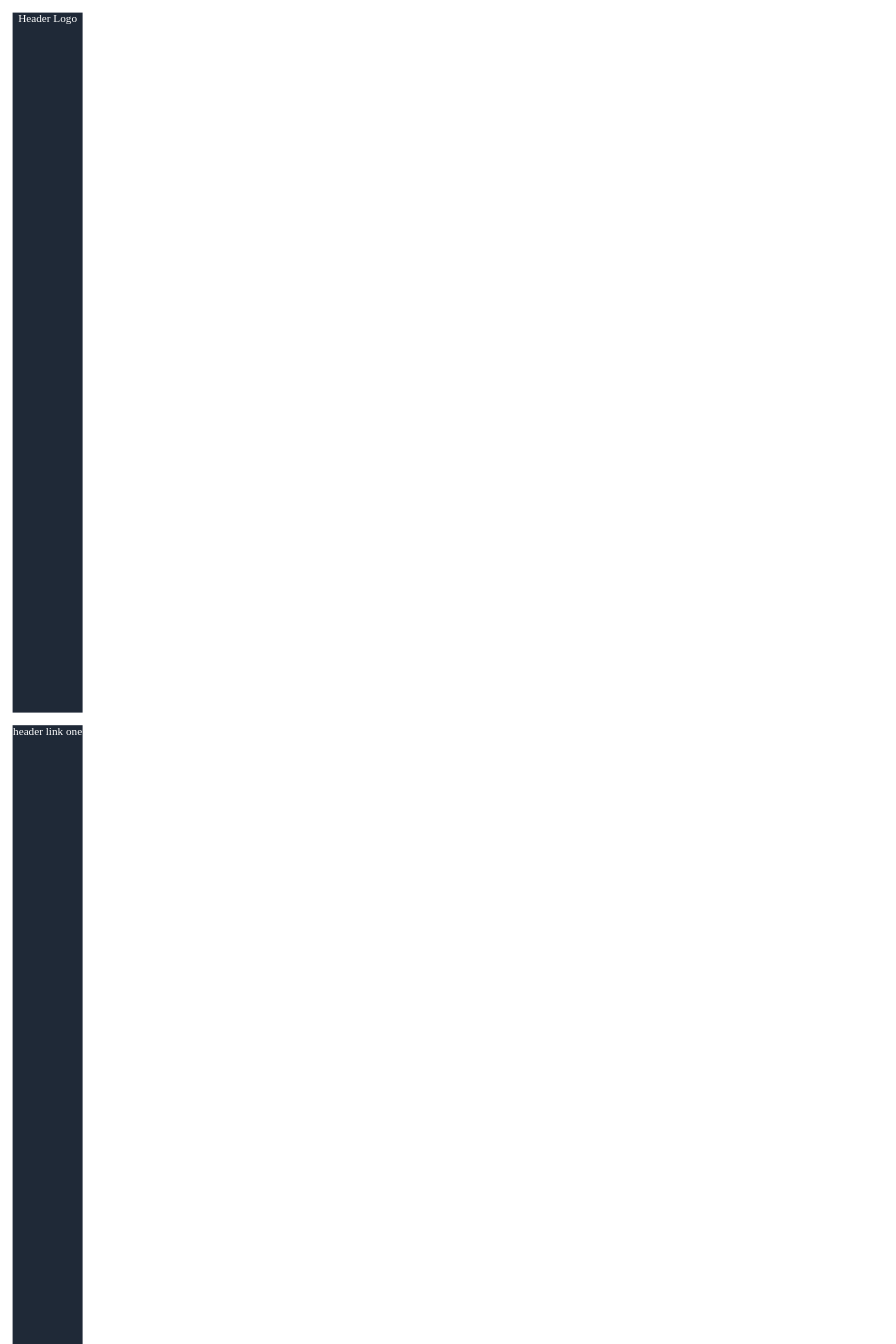
Repository: Grace561/css-exercises
Page: index.html
These files come from the project's save history. The page is drawn as it stood at one moment and after the next save; the edit follows.
The browser window is 1280 px wide. The pictures show the part of the page from y = 0 to 1920 px (the page is 4090 px tall before and 720 px after), at 70% of full size.

Above is the page before, as saved 2025-04-14 13:54:29.

After the next save:
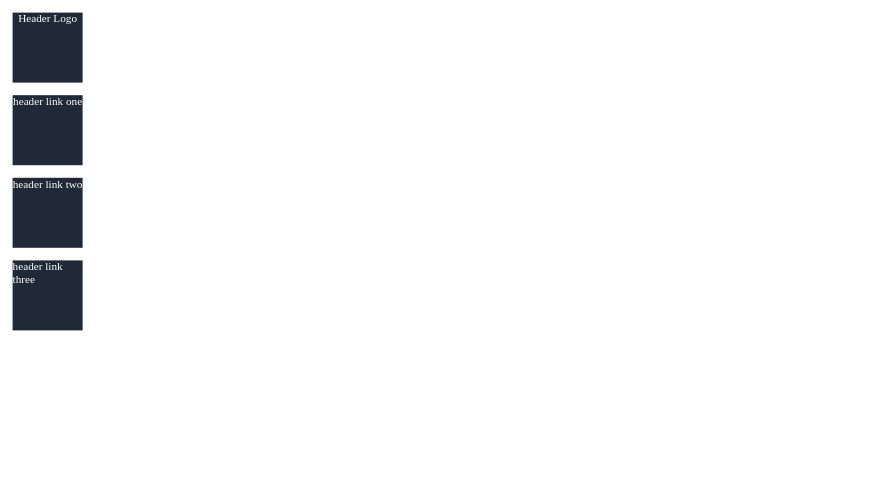
Saved 12 s later.
--- a/style.css
+++ b/style.css
@@ -6,7 +6,7 @@
 
 .item{
     width: 100px;
-    height: 1000px;
+    height: 100px;
     background: #1f2937;
     color:#fff;
     margin: 18px;
